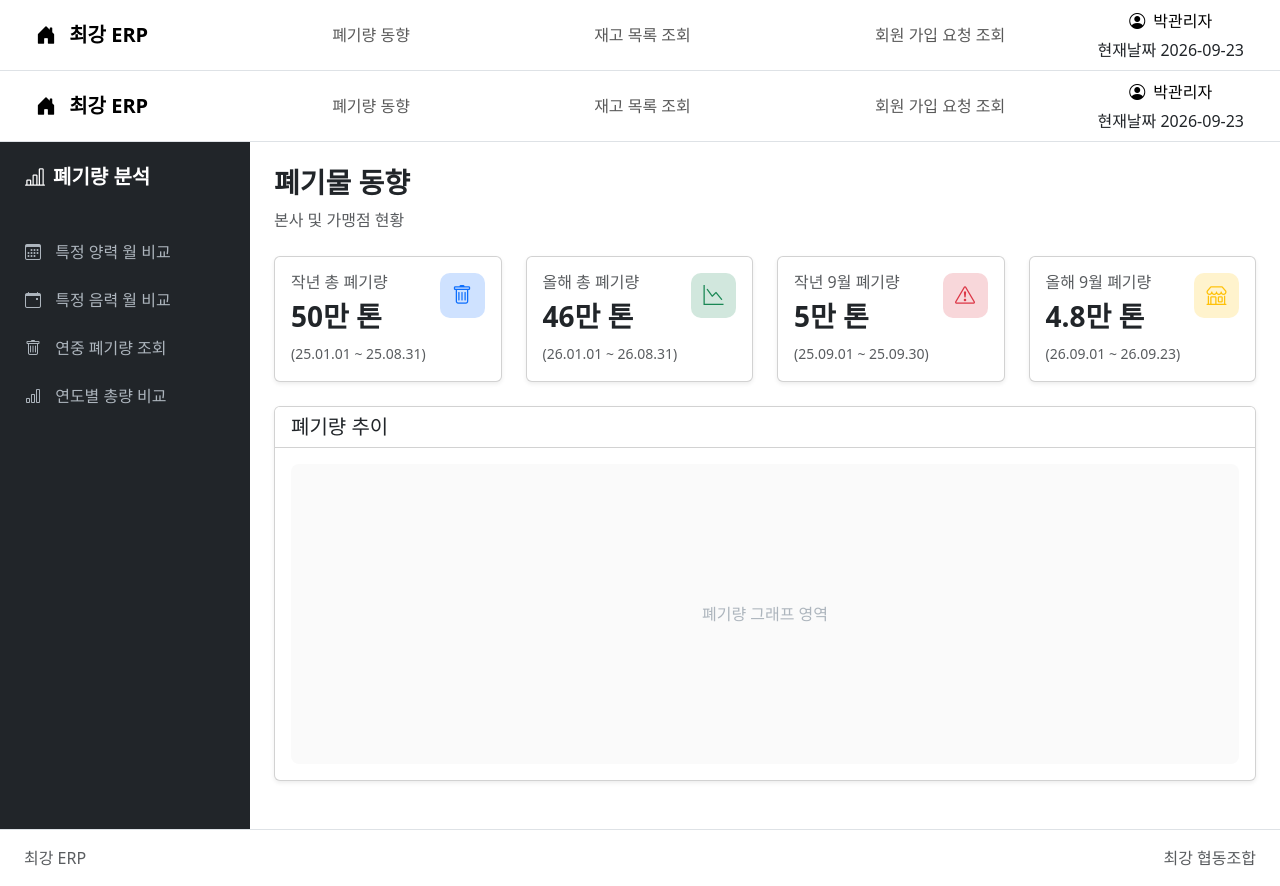
Repository: nojong99/kosta
Page: http://localhost/32_MVCModel2/view/wasteTrends.jsp
These files come from the project's save history. The page is drawn as it stood at one moment and after the next save; the edit follows.
The browser window is 1280 px wide. The pictures show the whole page.
The page is served by Tomcat 9.

Above is the page before, as saved 2026-09-23 07:05:17.

After the next save:
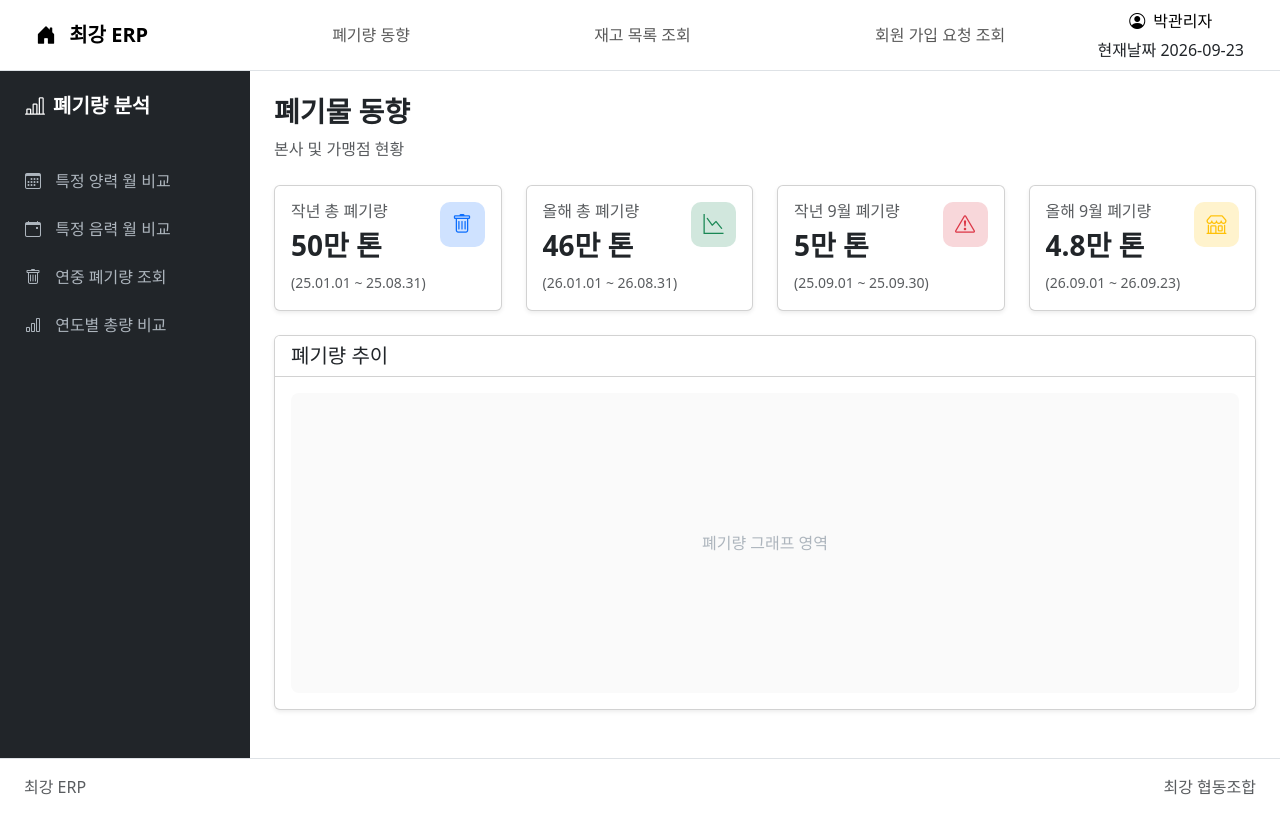
Saved 11 s later.
--- a/32_MVCModel2/src/main/webapp/view/wasteTrends.jsp
+++ b/32_MVCModel2/src/main/webapp/view/wasteTrends.jsp
@@ -21,69 +21,6 @@
 
 <body>
 	<%@ include file="adminHeader.jsp" %>
-	<header>
-		<nav class="navbar navbar-expand-lg bg-white border-bottom px-4">
-
-			<div class="container-fluid">
-				<a class="navbar-brand fw-bold me-4" href="index.jsp"> <i
-					class="bi bi-house-door-fill me-2"></i> 최강 ERP
-				</a>
-				<ul class="navbar-nav flex-grow-1 mb-2 mb-lg-0">
-
-					<li class="nav-item dropdown flex-fill text-center"><a
-						class="nav-link dropdown-toggle" href="#" role="button"
-						data-bs-toggle="dropdown"> 폐기량 동향 </a>
-
-						<ul class="dropdown-menu">
-
-							<li><a class="dropdown-item" href="#"> </a></li>
-
-						</ul></li>
-
-					<li class="nav-item dropdown flex-fill text-center"><a
-						class="nav-link dropdown-toggle" href="#" role="button"
-						data-bs-toggle="dropdown"> 재고 목록 조회 </a>
-						<ul class="dropdown-menu">
-
-							<li><a class="dropdown-item" href="#"> </a></li>
-
-						</ul></li>
-					<li class="nav-item dropdown flex-fill text-center"><a
-						class="nav-link dropdown-toggle" href="#" role="button"
-						data-bs-toggle="dropdown"> 회원 가입 요청 조회 </a>
-
-						<ul class="dropdown-menu">
-
-							<li><a class="dropdown-item" href="#"> </a></li>
-
-						</ul></li>
-
-
-
-				</ul>
-				<div class="header-right d-flex flex-column align-items-center gap-1">
-					<div class="dropdown">
-						<button class="dropdown-toggle border-0 bg-transparent"
-							data-bs-toggle="dropdown">
-							<i class="bi bi-person-circle me-1"></i> 박관리자
-						</button>
-
-						<ul class="dropdown-menu dropdown-menu-end">
-							<li><a class="dropdown-item" href="#">프로필</a></li>
-							<li><a class="dropdown-item" href="#">설정</a></li>
-							<li><hr class="dropdown-divider"></li>
-							<li><a class="dropdown-item" href="#">로그아웃</a></li>
-						</ul>
-					</div>
-
-					<div class="current-date">
-						현재날짜 <span id="currentDate">2026-09-23</span>
-					</div>
-				</div>
-			</div>
-
-		</nav>
-	</header>
 
 
 	<!-- ==================================================
